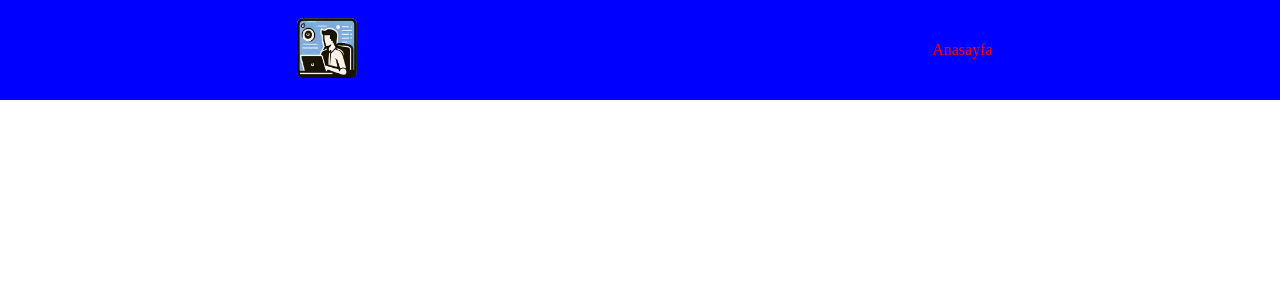
Repository: 0hasandemirtas/react-odev
Page: /
The author's editor kept a copy of each file at every save. The page is drawn from the files as they stood at one save, then again after the next save.
The browser window is 1280 px wide. The pictures show the whole page.
The project was rebuilt for these pictures with package versions that can differ from the ones it lists, and the page was loaded fresh each time.

Above is the page before, as saved 2024-06-13 13:13:26.

### src/index.css
body {
  margin: 0;

}

### src/App.js

import './App.css';
import Header from "./components/header";

function App() {
  return (
    <div className="App">

     <Header/>
    </div>
  );
}

export default App;

### src/App.css
.App {
  text-align: center;
}
.App-header {
  background-color: #282c34;
  min-height: 100vh;
  display: flex;
  flex-direction: column;
  align-items: center;
  justify-content: center;
  color: white;
}

.App-link {
  color: #61dafb;
}

### src/components/header/index.js
import React from 'react';
import logo2 from './logo2.png';
import useStyles from './stylesheet';

const Header = ()=>{
  const classes = useStyles();
  return (
    <div className={classes.container}>
      <div>
          <img  className={classes.logo} src={logo2} alt="Logo"/>
      </div>
      <div><a>Anasayfa</a></div>

    </div>
  )
}

export default Header

### src/components/header/stylesheet.js
import {
    createUseStyles
} from "react-jss";

const useStyles = createUseStyles({
    container:{
        display:"flex",
        width:"100%",
        height:"100px",
        backgroundColor:"blue",
        color:"red",
        alignItems:"center",
        justifyContent:"space-around"
    },
    contentContainer:{
        display:"flex",
        justifyContent:"space-between",
        width:"100%"
    },
    logo:{
        marginLeft:"10px",
        width:"60px",
        height:"60px",
        borderRadius:"6px"
    }
},
{
    name: "header-component"
});

export default useStyles;

Loaded but not shown: public/index.html (common file); src/index.js (common file)

After the next save:
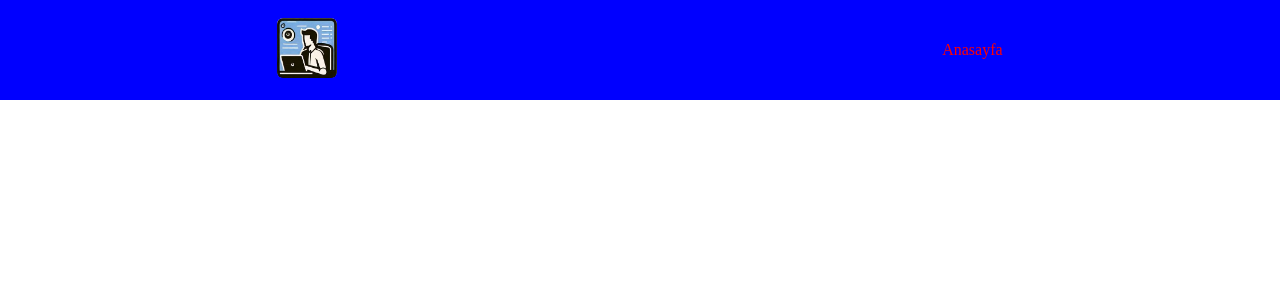
Saved 9 s later.
--- a/src/components/header/stylesheet.js
+++ b/src/components/header/stylesheet.js
@@ -18,7 +18,7 @@ const useStyles = createUseStyles({
         width:"100%"
     },
     logo:{
-        marginLeft:"10px",
+        marginRight:"50px",
         width:"60px",
         height:"60px",
         borderRadius:"6px"
